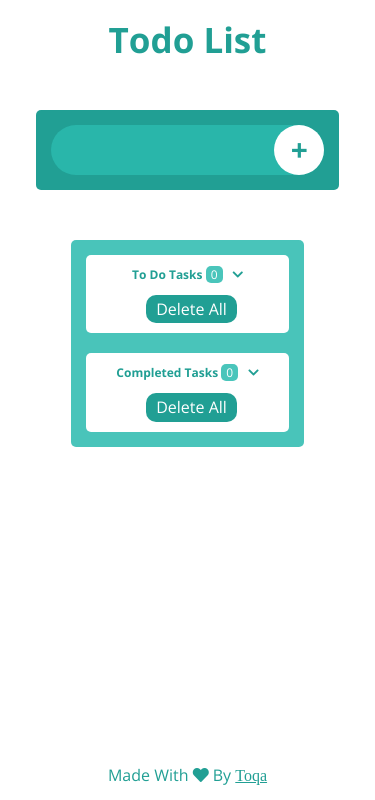
Repository: Toqa-25/todo-list
Page: index.html
These files come from the project's save history. The page is drawn as it stood at one moment and after a run of saves; the edit follows.
The browser window is 375 px wide. The pictures show the whole page.
Some web fonts or font styles are not loaded; a fallback is used.

Above is the page before, as saved 2022-02-07 16:41:08.

After the next 2 saves:
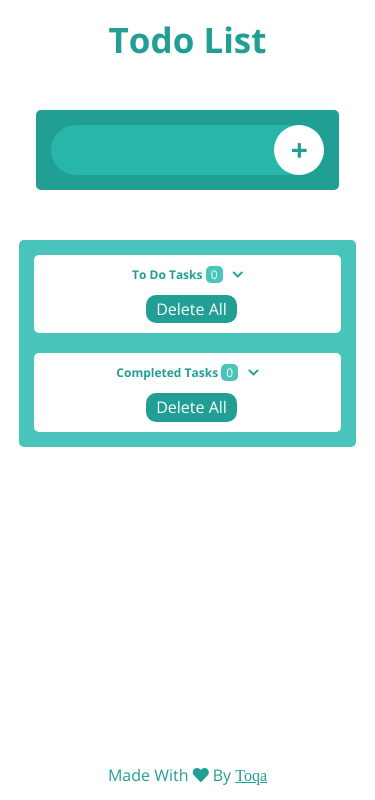
The 2 saves are shown as one change because they came seconds apart.
The last was saved 70 s later.
--- a/css/style.css
+++ b/css/style.css
@@ -296,6 +296,12 @@ margin: 16px auto;
     .todo-list-head {
     font-size: 12px;
 }
+
+element.style {
+}
+.todo-group.pad {
+    width: 100%;
+}
 .todo-list-header-group {
     flex-direction: column;
 }
